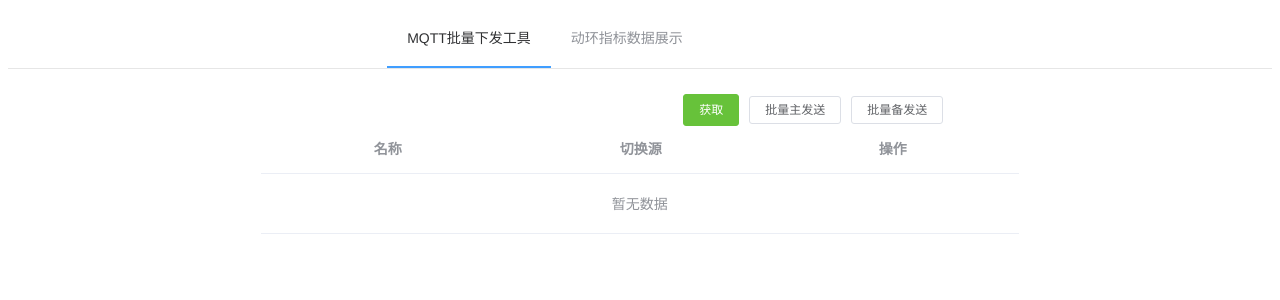
Repository: faintout/BHMQTTSendTool
Page: /
The author's editor kept a copy of each file at every save. The page is drawn from the files as they stood at one save, then again after the next save.
The browser window is 1280 px wide. The pictures show the whole page.
The project was rebuilt for these pictures with package versions that can differ from the ones it lists, and the page was loaded fresh each time. Also part of the build but not shown: vue.config.js, src/views/MovingInfoShow.vue.

Above is the page before, as saved 2020-09-03 14:28:08.

### public/index.html
<!DOCTYPE html>
<html lang="en">
  <head>
    <meta charset="utf-8">
    <meta http-equiv="X-UA-Compatible" content="IE=edge">
    <meta name="viewport" content="width=device-width,initial-scale=1.0">
    <link rel="stylesheet" href="">
    <title></title>
  </head>
  <body>
    <div id="app">

    </div>
    <!-- built files will be auto injected -->
  </body>
</html>

### src/main.js
import Vue from 'vue'
import App from './App.vue'
import router from './router'
import $ from 'jquery'
import ElementUi from 'element-ui'
import 'element-ui/lib/theme-chalk/index.css'
import 'element-ui/lib/theme-chalk/reset.css'

Vue.config.productionTip = false
Vue.use(ElementUi)
new Vue({
  router,
  render: h => h(App)
}).$mount('#app')

### src/router/index.js
import Vue from 'vue'
import VueRouter from 'vue-router'
import MqttSendTool from '../views/MqttSendTool.vue'
import MovingInfoShow from '../views/MovingInfoShow.vue'
import layout from '../views/layout.vue'

Vue.use(VueRouter)

  const routes = [
  {
    path: '/MqttSendTool',
    name: 'MqttSendTool',
    component: MqttSendTool
  },
  {
    path: '/',
    name: 'layout',
    component: layout
  },
  {
    path: '/',
    name: 'MovingInfoShow',
    component: MovingInfoShow
  },
]

const router = new VueRouter({
  routes
})

export default router

### src/views/MqttSendTool.vue
<template>
    <div class="content">
        <title></title>
        <!-- 按钮模块 -->
        <div  class="content_title">
            <!-- <el-input style="display:inline-block;width:20%;right: 5%;" size="small" v-model="localIP"></el-input> -->
            <el-button type="success" size="small" @click="getAllMqttData">获取</el-button>
            <el-button size="mini" @click="batch(0)">批量主发送</el-button>
            <el-button size="mini" @click="batch(1)">批量备发送</el-button>
            <!-- <el-button type="success" size="small" @click="sendData()">发送</el-button> -->
        </div>
        <el-table v-loading="tableLoading" :data="tableData" class="el_table">
            >
            <el-table-column prop="name" label="名称" align='center'>
            </el-table-column>
            <el-table-column label="切换源" align='center'>
                <template slot-scope="scope">
                    <el-radio-group v-model="scope.row.switchStatus">
                        <el-radio :label="0" @click="scope.row.switchStatus = 0">主</el-radio>
                        <el-radio :label="1" @click="scope.row.switchStatus = 1">备</el-radio>
                    </el-radio-group>
                </template>
            </el-table-column>
            <el-table-column label="操作" align='center'>
                <template slot-scope="scope">
                    <el-button type="success" size="small" @click="changeData(scope.row)">编辑</el-button>
                    <el-button type="success" size="small" @click="sendData(scope.row)">发送</el-button>
                </template>
            </el-table-column>
        </el-table>
        <!-- 弹框 -->
        <el-dialog title="编辑" :visible.sync="dialogVisible" width="30%"  :close-on-click-modal = false>
            <el-input type="textarea" :rows="25" class="el_input" v-model="editTable"></el-input>
            <span slot="footer" class="dialog-footer">
                <el-button @click="dialogVisible = false">取 消</el-button>
                <el-button type="primary" @click="saveEdit">确 定</el-button>
            </span>
        </el-dialog>

    </div>
</template>

<script>
    //设置本地储存方法
    window.local = (key, value) => {
        return value ? localStorage.setItem(key, value) : localStorage.getItem(key)
    }
    export default {
        components: {},
        data() {
            return {
                dialogVisible: false,
                //本地IP
                localIP: '',
                //表格框加载
                tableLoading: false,
                tableData: [],
                editTable: '',
                editId: '',
                editswitchStatus: ''

            }
        },
        watch: {
            localIP(n, o) {
                local('localIP', n)
            }
        },
        computed: {

        },
        methods: {
            saveEdit() {
                this.dialogVisible = false
                let indicatorValue = this.editTable
                //保存
                console.log("修改名称", this.editList);
                let deviceId = this.editId
                let switchStatus = this.editswitchStatus
                let parmas = { indicatorValue, deviceId, switchStatus }
                $.ajax({
                    type: 'POST',
                    url: 'http://' + this.localIP + '/testData/setIndicatorValue',
                    data: parmas,
                    success: (data) => {
                        data.success && this.$message({type:'success',message:'数据修改成功！',duration:1000, offset:100})
                    },
                    error: () => {
                        this.$message({type:'error',message:'数据获取失败，请检查IP地址！',duration:3000,offset:100})
                    }
                })
            },
            changeData(value) {
                console.log(value);
                this.dialogVisible = true
                if (!value.switchStatus) {
                    //等于一
                    this.editTable = this.getFormatData(JSON.stringify(value.masterData))
                } else {
                    this.editTable = this.getFormatData(JSON.stringify(value.slaveData))
                }
                this.editId = value.id
                this.editswitchStatus = value.switchStatus
            },
            //获取所有数据
            getAllMqttData() {
                $.ajax({
                    type: 'POST',
                    url: 'http://' + this.localIP + '/testData/getDeviceListData',
                    success: (data) => {
                        if (data.data == []) {
                            this.$message({type:'error',message:'获取数据为空！请确认数据是否存在',duration:3000,offset:100})
                            return
                        }
                        this.tableData = data.data
                        data.success && this.$message({type:'success',message:'数据获取成功！',duration:1000,offset:100})
                    },
                    error: () => {
                        this.$message({type:'error',message:'数据获取失败，请检查IP地址！',duration:3000,offset:100})
                    }
                })
            },
            //数据处理
            dataProcessing() {

            },
            //批量设置
            /**
             * @type 0 主 1 备
             * @Date 2020-08-26 14:13:24
             */
            batch(type) {
                this.tableData.forEach(item => {
                    item.switchStatus = type ? 1 : 0
                })
                this.sendData()
            },
            //发送数据
            sendData(value) {
                this.tableLoading = true
                let data = value ? value : this.tableData
                console.log(data);
                let params = {
                    deviceIds: ''
                }
                if (data.length > 1) {
                    data.map(item => {
                        params.deviceIds += item.id + ','
                    })
                    params.deviceIds = params.deviceIds.substr(0, params.deviceIds.length - 1)
                    params.switchStatus = data[0].switchStatus
                } else {
                    params.deviceIds = data.id
                    params.switchStatus = data.switchStatus
                }
                console.log(params);
                // return
                $.ajax({
                    type: "POST",
                    url: 'http://' + this.localIP + '/testData/applySwitch',
                    data: params,
                    success: (data) => {
                        data.success && this.$message({type:'success',message:'数据发送成功！',duration:1000,offset:100})
                        this.tableLoading = false
                    },
                    error: () => {

                    }
                })
                this.getAllMqttData()
            },
            //读取本地localIP
            getLocalIP() {
                this.localIP = local('localIP') != null ? local('localIP') : '172.17.35.23:24699'
                local('localIP') == null && local('localIP', '172.17.35.23:24699')
            },

            //方法
            repeat(s, count) {
                return new Array(count + 1).join(s)
            },
            formatJson(json) {
                var i = 0,
                    il = 0,
                    tab = "    ",
                    newJson = "",
                    indentLevel = 0,
                    inString = false,
                    currentChar = null;
                for (i = 0, il = json.length; i < il; i += 1) {
                    currentChar = json.charAt(i);
                    switch (currentChar) {
                        case '{':
                        case '[':
                            if (!inString) {
                                newJson += currentChar + "\n" + this.repeat(tab, indentLevel + 1);
                                indentLevel += 1
                            } else {
                                newJson += currentChar
                            }
                            break;
                        case '}':
                        case ']':
                            if (!inString) {
                                indentLevel -= 1;
                                newJson += "\n" + this.repeat(tab, indentLevel) + currentChar
                            } else {
                                newJson += currentChar
                            }
                            break;
                        case ',':
                            if (!inString) {
                                newJson += ",\n" + this.repeat(tab, indentLevel)
                            } else {
                                newJson += currentChar
                            }
                            break;
                        case ':':
                            if (!inString) {
                                newJson += ": "
                            } else {
                                newJson += currentChar
                            }
                            break;
                        case ' ':
                        case "\n":
                        case "\t":
                            if (inString) {
                                newJson += currentChar
                            }
                            break;
                        case '"':
                            if (i > 0 && json.charAt(i - 1) !== '\\') {
                                inString = !inString
                            }
                            newJson += currentChar;
                            break;
                        default:
                            newJson += currentChar;
                            break
                    }
                }
                return newJson
            },
            getFormatData(json) {
                var json = json + "";
                if (json.indexOf('{') == -1 && json.indexOf('[') == -1) {
                    return json;
                } else {
                    return (this.formatJson(json));
                }
            }

        },
        mounted() {
            console.log(local('localIP'), window);
            //读取本地IP
            this.getLocalIP()
            this.getAllMqttData()

        },
        created() {

        },
    }
</script>
<style lang="less" scoped>
    .content {
        width: 60%;
        margin: 2% auto;
        margin-bottom: 0;
    }

    .el_table {
        width: 100%;
        position: relative;

    }
    .content_title{
        text-align: right;
        margin-right: 10%;
    }
    /deep/.el-message{
        top: 50px !important;
    }

    input {
        height: 20rem;
    }
</style>

### src/views/layout.vue
<template>
    <div>
        <el-menu :default-active="activeIndex" class="el-menu-demo" mode="horizontal" @select="handleSelect">
            <!-- <el-menu-item index="1">处理中心</el-menu-item> -->
            <el-menu-item index="1">MQTT批量下发工具</el-menu-item>
            <el-menu-item index="2">动环指标数据展示</el-menu-item>
        </el-menu>
        <mqtt-send-tool v-if='activeIndex==1'></mqtt-send-tool>
        <moving-info-show v-if='activeIndex==2'></moving-info-show>
    </div>
</template>

<script>
    import MovingInfoShow from './MovingInfoShow.vue'
    import MqttSendTool from './MqttSendTool.vue'
    export default {
        components: {
            MovingInfoShow,
            MqttSendTool
        },
        data() {
            return {
                activeIndex: '1',
            }
        },
        watch: {},
        computed: {},
        methods: {
            handleSelect(key, keyPath) {
                this.activeIndex = key
            }
        },
        mounted() {},
        created() {},
    }
</script>
<style lang="less" scoped>
    .el-menu-demo {
        padding-left: 30%;
    }
</style>

Loaded but not shown: src/App.vue (common file)

After the next save:
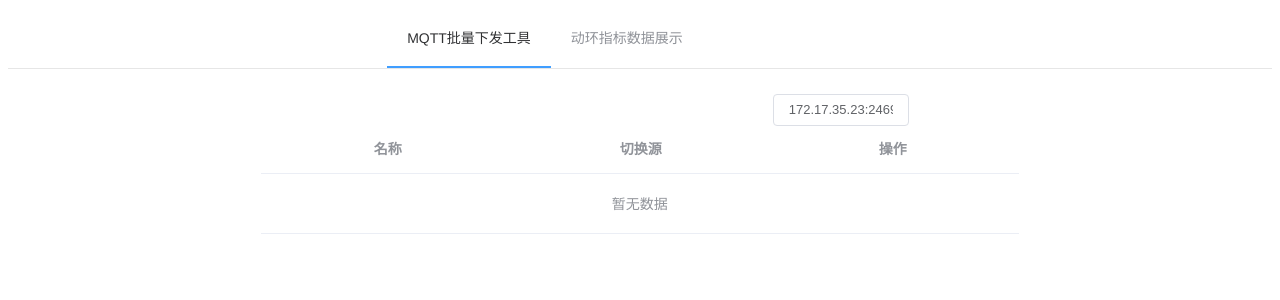
Saved 46 s later.
--- a/src/views/MqttSendTool.vue
+++ b/src/views/MqttSendTool.vue
@@ -3,10 +3,10 @@
         <title></title>
         <!-- 按钮模块 -->
         <div  class="content_title">
-            <!-- <el-input style="display:inline-block;width:20%;right: 5%;" size="small" v-model="localIP"></el-input> -->
-            <el-button type="success" size="small" @click="getAllMqttData">获取</el-button>
+            <el-input style="display:inline-block;width:20%;right: 5%;" size="small" v-model="localIP"></el-input>
+            <!-- <el-button type="success" size="small" @click="getAllMqttData">获取</el-button>
             <el-button size="mini" @click="batch(0)">批量主发送</el-button>
-            <el-button size="mini" @click="batch(1)">批量备发送</el-button>
+            <el-button size="mini" @click="batch(1)">批量备发送</el-button> -->
             <!-- <el-button type="success" size="small" @click="sendData()">发送</el-button> -->
         </div>
         <el-table v-loading="tableLoading" :data="tableData" class="el_table">

After the save that followed:
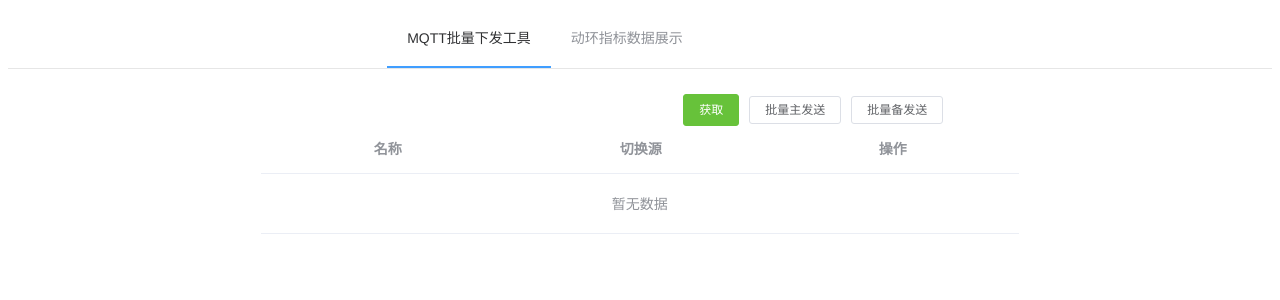
Saved 7 s later.
--- a/src/views/MqttSendTool.vue
+++ b/src/views/MqttSendTool.vue
@@ -3,10 +3,10 @@
         <title></title>
         <!-- 按钮模块 -->
         <div  class="content_title">
-            <el-input style="display:inline-block;width:20%;right: 5%;" size="small" v-model="localIP"></el-input>
-            <!-- <el-button type="success" size="small" @click="getAllMqttData">获取</el-button>
+            <!-- <el-input style="display:inline-block;width:20%;right: 5%;" size="small" v-model="localIP"></el-input> -->
+            <el-button type="success" size="small" @click="getAllMqttData">获取</el-button>
             <el-button size="mini" @click="batch(0)">批量主发送</el-button>
-            <el-button size="mini" @click="batch(1)">批量备发送</el-button> -->
+            <el-button size="mini" @click="batch(1)">批量备发送</el-button>
             <!-- <el-button type="success" size="small" @click="sendData()">发送</el-button> -->
         </div>
         <el-table v-loading="tableLoading" :data="tableData" class="el_table">
